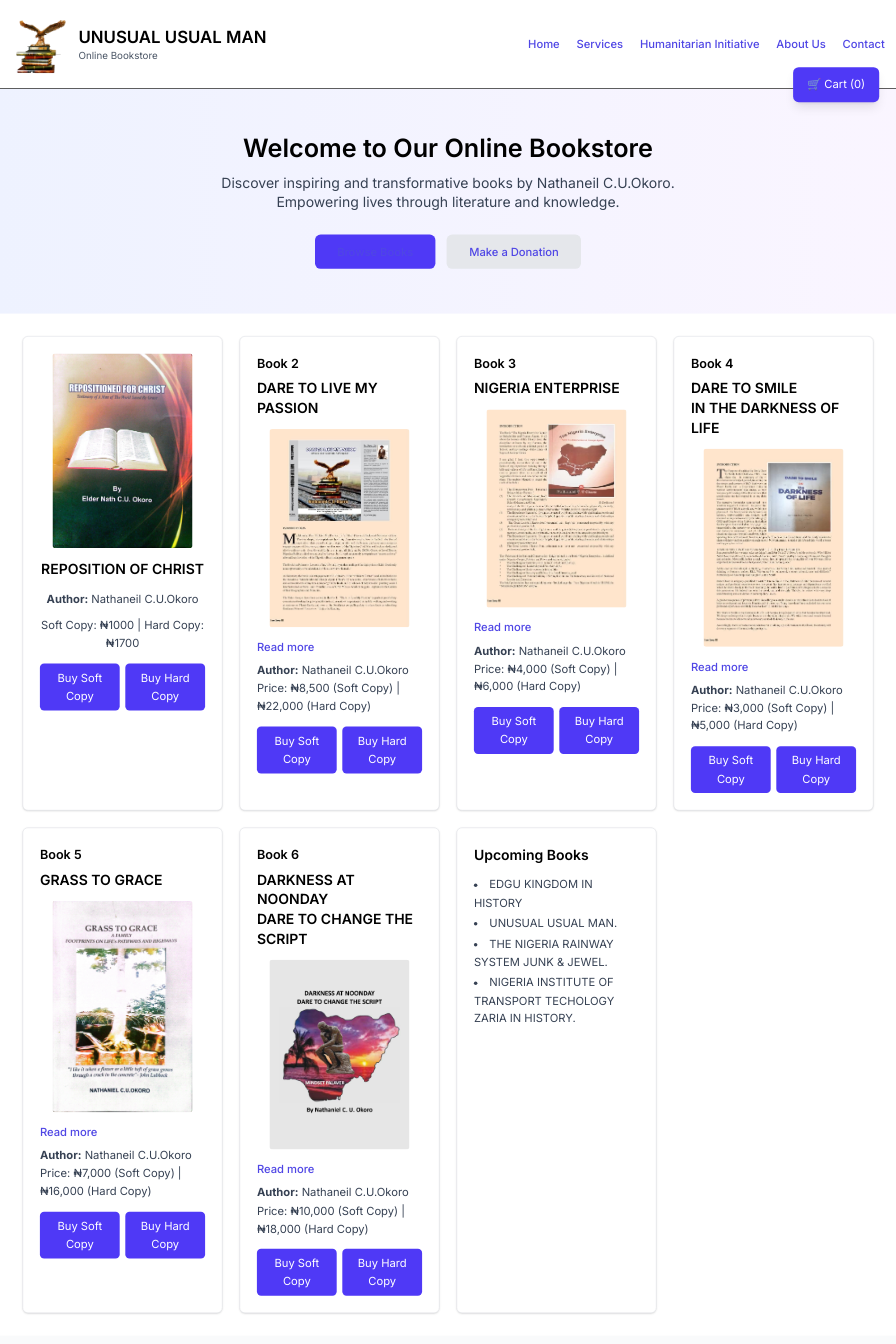
Repository: Rickyy1017/online-bookstore
Page: / (app in frontend/)
An editor plug-in stored every save of this project. The page is shown before and after a run of saves, followed by the edit.
The browser window is 1280 px wide. The pictures show the part of the page from y = 0 to 1920 px (the page is 3405 px tall before and 3589 px after), at 70% of full size.
The project was rebuilt for these pictures with package versions that can differ from the ones it lists, and the page was loaded fresh each time. The framework's server and built-in components were replaced by stand-ins that run in the browser. Also part of the build but not shown: frontend/next.config.ts.

Above is the page before, as saved 2025-10-09 23:21:47.

After the next 2 saves:
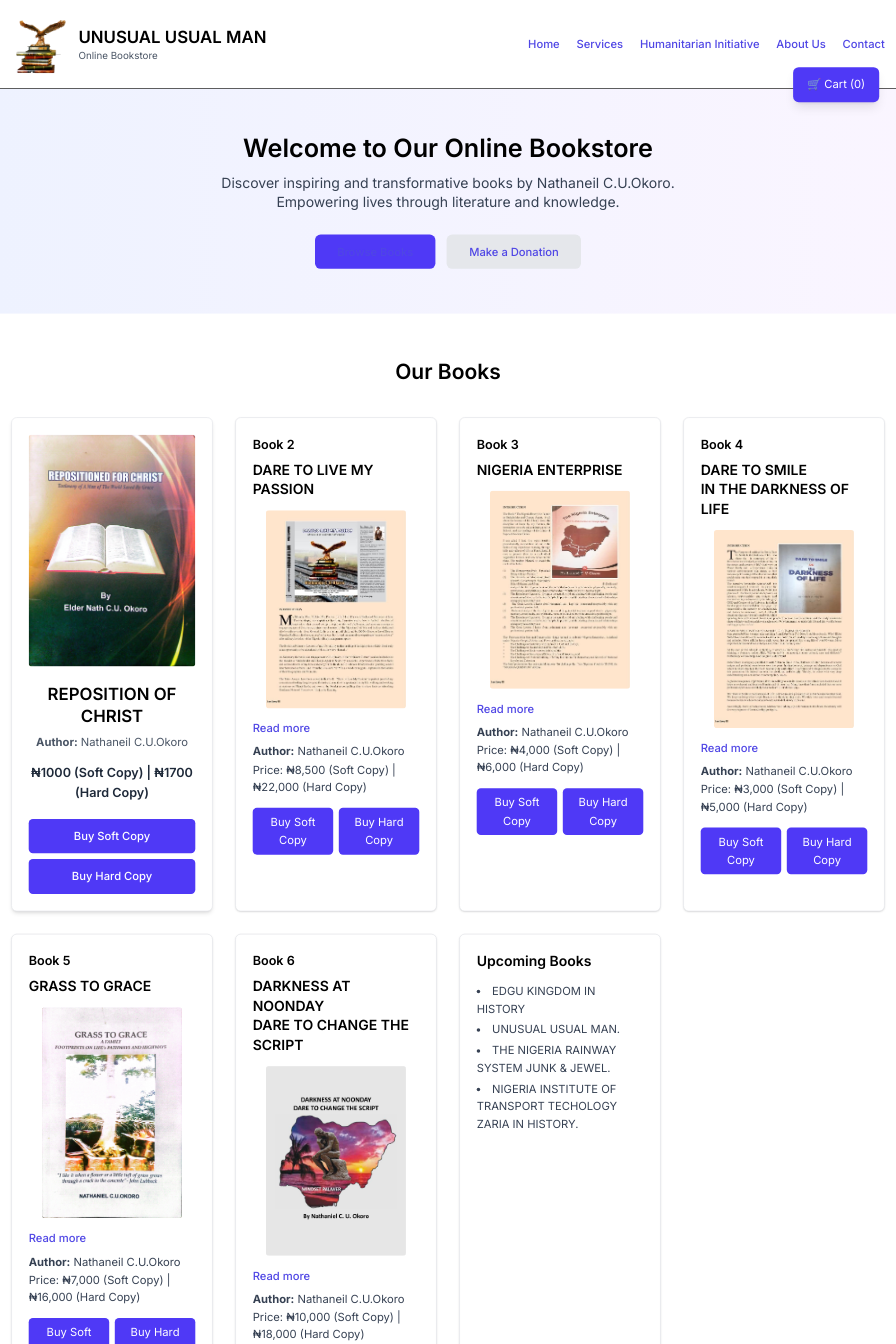
The 2 saves are shown as one change because 1 did not build or start.
The last was saved 86 s later.
--- a/frontend/app/page.tsx
+++ b/frontend/app/page.tsx
@@ -69,19 +69,21 @@ export default function Page() {
         🛒 Cart ({cart.length})
       </button>
 
-      <section className="container mx-auto grid grid-cols-1 md:grid-cols-2 lg:grid-cols-3 xl:grid-cols-4 gap-6 p-8">
-        <div className="bg-white border border-gray-200 rounded-lg p-6 shadow-sm">
-          <Image src="/images/rep.jpg" alt="REPOSITION OF CHRIST" width={200} height={300} className="mx-auto mb-4 rounded" />
-          <h3 className="text-xl font-bold text-gray-900 mb-4 text-center">REPOSITION OF CHRIST</h3>
-          <p className="text-gray-700 text-center mb-3"><b>Author:</b> Nathaneil C.U.Okoro</p>
-          <div className="text-center mb-4">
-            <p className="text-gray-700">Soft Copy: ₦1000 | Hard Copy: ₦1700</p>
-          </div>
-          <div className="flex gap-2">
-            <button onClick={() => addToCart('REPOSITION OF CHRIST', 1000, 'Soft Copy')} className="bg-indigo-600 text-white px-4 py-2 rounded-md hover:bg-indigo-700 flex-1">Buy Soft Copy</button>
-            <button onClick={() => addToCart('REPOSITION OF CHRIST', 1700, 'Hard Copy')} className="bg-indigo-600 text-white px-4 py-2 rounded-md hover:bg-indigo-700 flex-1">Buy Hard Copy</button>
-          </div>
-        </div>
+      <section id="books" className="container mx-auto py-16 px-4">
+        <h2 className="text-3xl font-bold text-center text-gray-900 mb-12">Our Books</h2>
+        <div className="grid grid-cols-1 md:grid-cols-2 lg:grid-cols-3 xl:grid-cols-4 gap-8">
+          <div className="bg-white border border-gray-200 rounded-lg p-6 shadow-md hover:shadow-lg transition-shadow">
+            <Image src="/images/rep.jpg" alt="REPOSITION OF CHRIST" width={250} height={350} className="mx-auto mb-6 rounded" />
+            <h3 className="text-2xl font-bold text-gray-900 mb-2 text-center">REPOSITION OF CHRIST</h3>
+            <p className="text-gray-600 text-center mb-4"><b>Author:</b> Nathaneil C.U.Okoro</p>
+            <div className="text-center mb-6">
+              <p className="text-lg text-gray-800 font-semibold">₦1000 (Soft Copy) | ₦1700 (Hard Copy)</p>
+            </div>
+            <div className="space-y-2">
+              <button onClick={() => addToCart('REPOSITION OF CHRIST', 1000, 'Soft Copy')} className="w-full bg-indigo-600 text-white py-3 rounded-md hover:bg-indigo-700 transition-colors font-medium">Buy Soft Copy</button>
+              <button onClick={() => addToCart('REPOSITION OF CHRIST', 1700, 'Hard Copy')} className="w-full bg-indigo-600 text-white py-3 rounded-md hover:bg-indigo-700 transition-colors font-medium">Buy Hard Copy</button>
+            </div>
+          </div>
 
         <div className="bg-white border border-gray-200 rounded-lg p-6 shadow-sm">
           <h2 className="text-lg font-semibold text-gray-800 mb-2">Book 2</h2>
@@ -156,6 +158,7 @@ export default function Page() {
             <li>THE NIGERIA RAINWAY SYSTEM JUNK & JEWEL.</li>
             <li>NIGERIA INSTITUTE OF TRANSPORT TECHOLOGY ZARIA IN HISTORY.</li>
           </ul>
+        </div>
         </div>
       </section>
 
